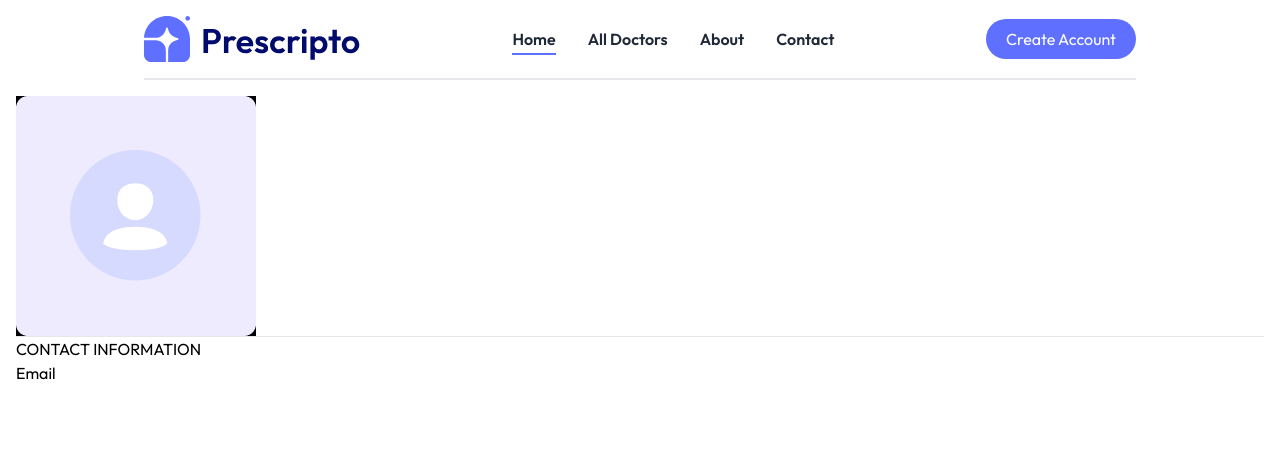
Repository: AzizHamdi99/Prescripto
Page: /profil (app in frontend/)
The author's editor kept a copy of each file at every save. The page is drawn from the files as they stood at one save, then again after the next save.
The browser window is 1280 px wide. The pictures show the whole page.
The page's requests for data from a server got no answer. The project was rebuilt for these pictures with package versions that can differ from the ones it lists, and the page was loaded fresh each time. No one was signed in, and anything a server would have sent is missing. Also part of the build but not shown: frontend/vite.config.js, frontend/src/components/Hero.jsx, frontend/src/components/Speciality.jsx, frontend/src/components/DoctorCard.jsx, frontend/src/components/TopDoctors.jsx, frontend/src/components/Banner.jsx, frontend/src/components/Footer.jsx, frontend/src/pages/Home.jsx and 7 more.

Above is the page before, as saved 2025-01-15 18:25:11.

After the next save:
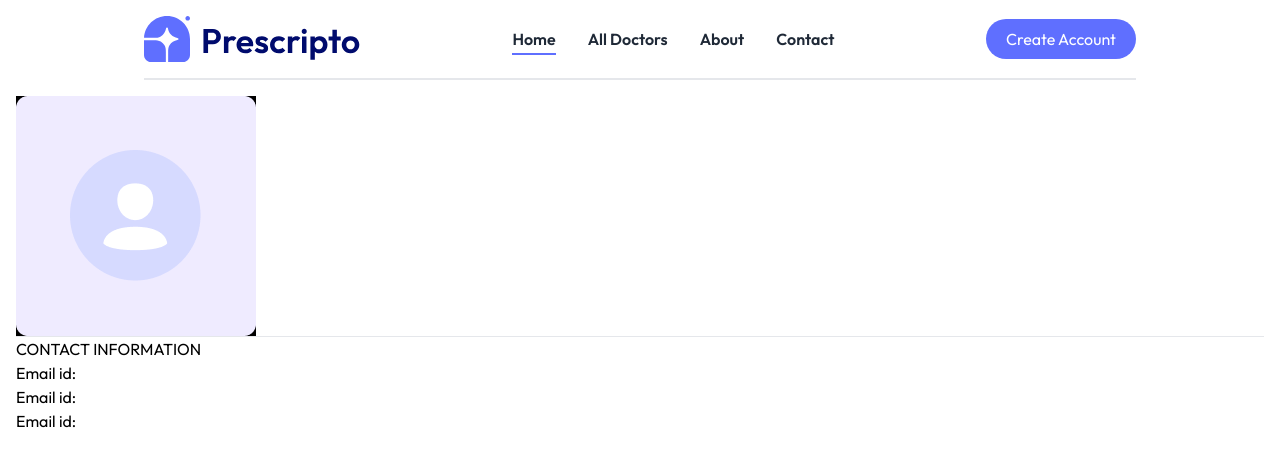
Saved 5 s later.
--- a/frontend/src/pages/Profile.jsx
+++ b/frontend/src/pages/Profile.jsx
@@ -52,7 +52,9 @@
       <p>CONTACT INFORMATION</p>
       <div>
         <div>
-          <p>Email</p>
+          <p>Email id:</p>
+          <p>Email id:</p>
+          <p>Email id:</p>
         </div>
       </div>
 
